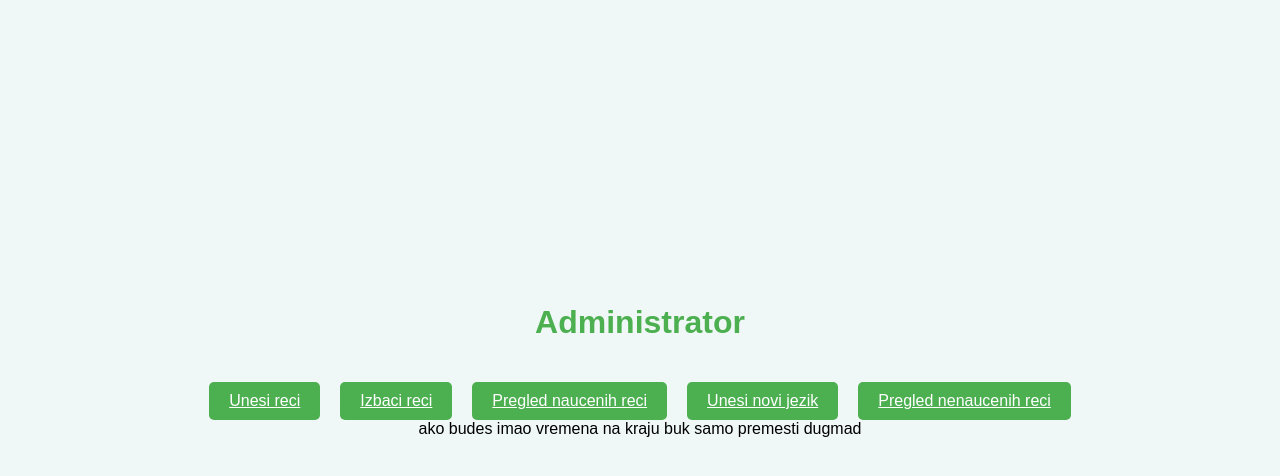
Repository: jodz4k/Polilingo-Spring-web-app
Page: http://localhost/PolilingoWeb/clanNauceneNeNauceneReci.jsp
These files come from the project's save history. The page is drawn as it stood at one moment and after the next save; the edit follows.
The browser window is 1280 px wide. The pictures show the whole page.
The page is served by Tomcat 10. Other server files are loaded and not shown.

Above is the page before, as saved 2024-02-02 12:29:51.

### PolilingoWeb/src/main/webapp/clanNauceneNeNauceneReci.jsp
<%@ page language="java" contentType="text/html; charset=ISO-8859-1"
    pageEncoding="ISO-8859-1"%>
<!DOCTYPE html>
<html>
<head>
    <meta charset="UTF-8">
    <meta name="viewport" content="width=device-width, initial-scale=1.0">
    <title>Administrator</title>
    <style>
        body {
            background-color: #f0f8f7; /* svetlozelena boja pozadine */
            font-family: Arial, sans-serif;
            text-align: center;
            margin: 0;
            padding: 0;
            height: 100vh;
            display: flex;
            flex-direction: column;
            align-items: center;
            justify-content: center;
        }

        h1 {
            color: #4caf50;
        }

        .button-container {
            display: flex;
            flex-wrap: wrap;
            gap: 20px;
            margin-top: 20px;
        }

        .button {
            padding: 10px 20px;
            font-size: 16px;
            cursor: pointer;
            border: none;
            border-radius: 5px;
            transition: background-color 0.3s;
        }

        .add-word-button {
            background-color: #4caf50; /* zelena boja za dodavanje reci */
            color: white;
        }

        .remove-words-button {
            background-color: #4caf50; /* zelena boja za izbacivanje reci */
            color: white;
        }

        .view-stats-button {
            background-color: #4caf50; /* zelena boja za statistike */
            color: white;
        }

        .add-language-button {
            background-color: #4caf50; /* zelena boja za dodavanje jezika */
            color: white;
        }

        .button:hover {
            background-color: #34495e; /* tamnija nijansa na hover efektu */
        }
    </style>
</head>

<body>
    <h1>Administrator</h1>

    <div class="button-container">
		<a href="/Polilingo/admUnosNovihReci.jsp" class="button add-word-button">Unesi reci</a>
		<a href="/Polilingo/admIzbrisiRec.jsp" class="button remove-words-button">Izbaci reci</a>
		<a href="/Polilingo/jezik/ispisiJezike" class="button view-stats-button">Pregled naucenih reci</a>
		<a href="/Polilingo/admUnesiJezik.jsp" class="button add-language-button">Unesi novi jezik</a>
		<a href="/Polilingo/cilj/ispisiCiljeve" class="button add-language-button">Pregled nenaucenih reci</a>
    </div>

    ako budes imao vremena na kraju buk samo premesti dugmad
</body>

</html>

After the next save:
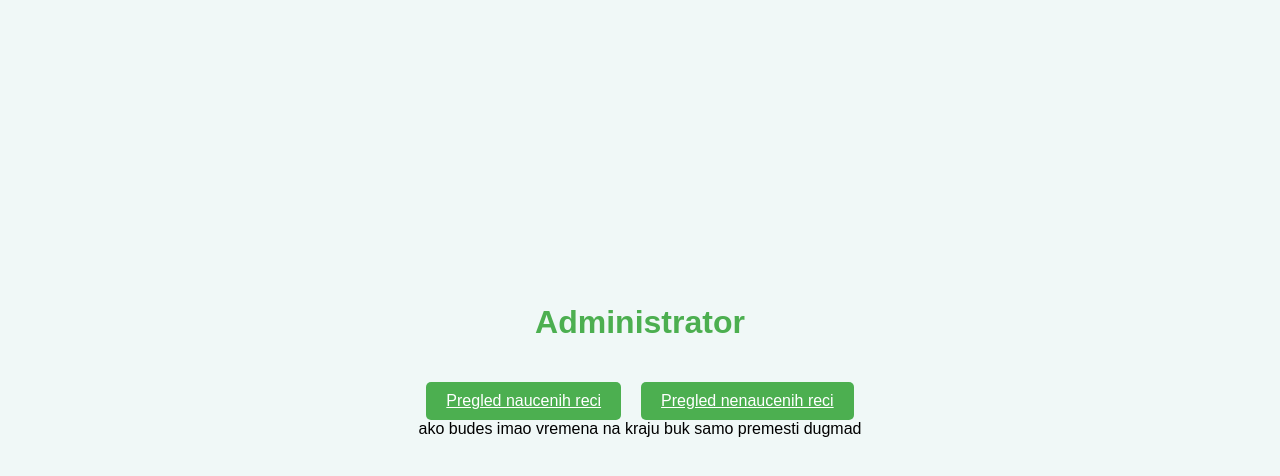
Saved 33 s later.
--- a/PolilingoWeb/src/main/webapp/clanNauceneNeNauceneReci.jsp
+++ b/PolilingoWeb/src/main/webapp/clanNauceneNeNauceneReci.jsp
@@ -70,10 +70,7 @@
     <h1>Administrator</h1>
 
     <div class="button-container">
-		<a href="/Polilingo/admUnosNovihReci.jsp" class="button add-word-button">Unesi reci</a>
-		<a href="/Polilingo/admIzbrisiRec.jsp" class="button remove-words-button">Izbaci reci</a>
 		<a href="/Polilingo/jezik/ispisiJezike" class="button view-stats-button">Pregled naucenih reci</a>
-		<a href="/Polilingo/admUnesiJezik.jsp" class="button add-language-button">Unesi novi jezik</a>
 		<a href="/Polilingo/cilj/ispisiCiljeve" class="button add-language-button">Pregled nenaucenih reci</a>
     </div>
 
